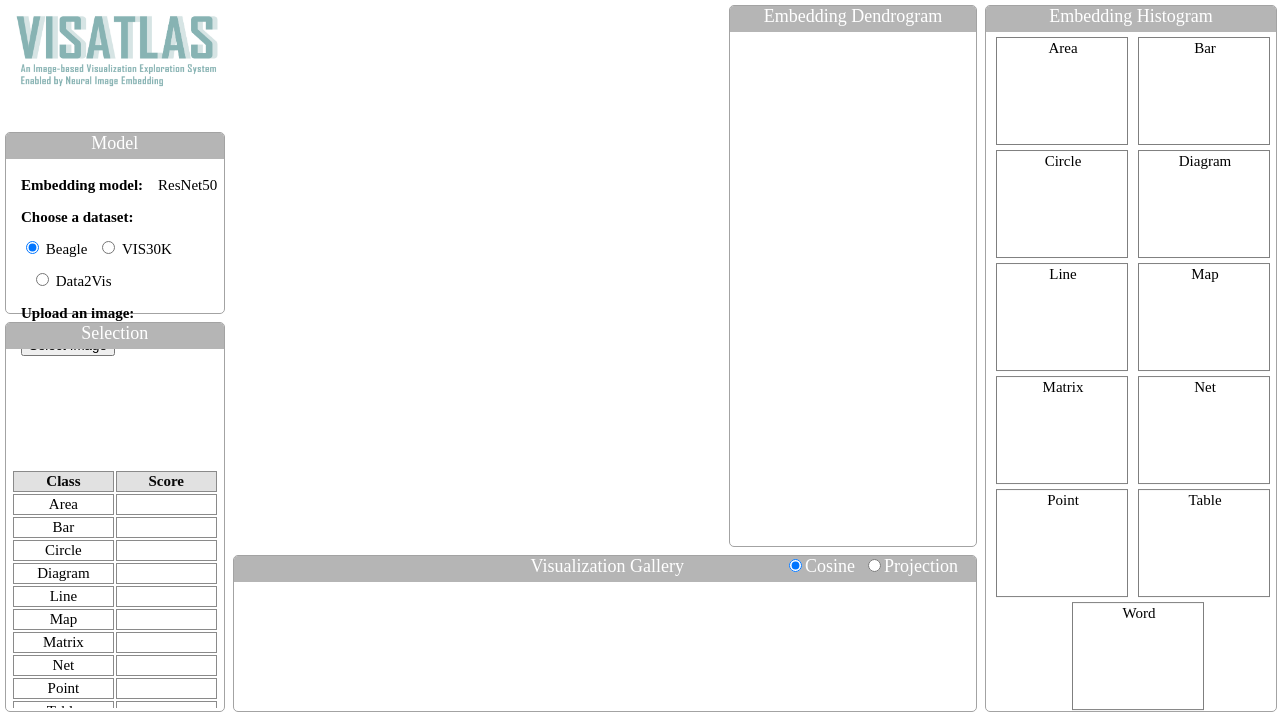
Repository: yilinye/AI_and_human_paintings
Page: / (app in VIS4AI_art/Frontend/)
The author's editor kept a copy of each file at every save. The page is drawn from the files as they stood at one save, then again after the next save.
The browser window is 1280 px wide. The pictures show the whole page.
The page's requests for data from a server got no answer. The project was rebuilt for these pictures with package versions that can differ from the ones it lists, and the page was loaded fresh each time. No one was signed in, and anything a server would have sent is missing. Also part of the build but not shown: VIS4AI_art/Frontend/vite.config.js, VIS4AI_art/Frontend/vue.config.js, VIS4AI_art/Frontend/src/components/WelcomeItem.vue, VIS4AI_art/Frontend/src/components/icons/IconDocumentation.vue, VIS4AI_art/Frontend/src/components/icons/IconTooling.vue, VIS4AI_art/Frontend/src/components/icons/IconEcosystem.vue, VIS4AI_art/Frontend/src/components/icons/IconCommunity.vue, VIS4AI_art/Frontend/src/components/icons/IconSupport.vue and 2 more.

Above is the page before, as saved 2022-04-30 23:17:08.

After the next save:
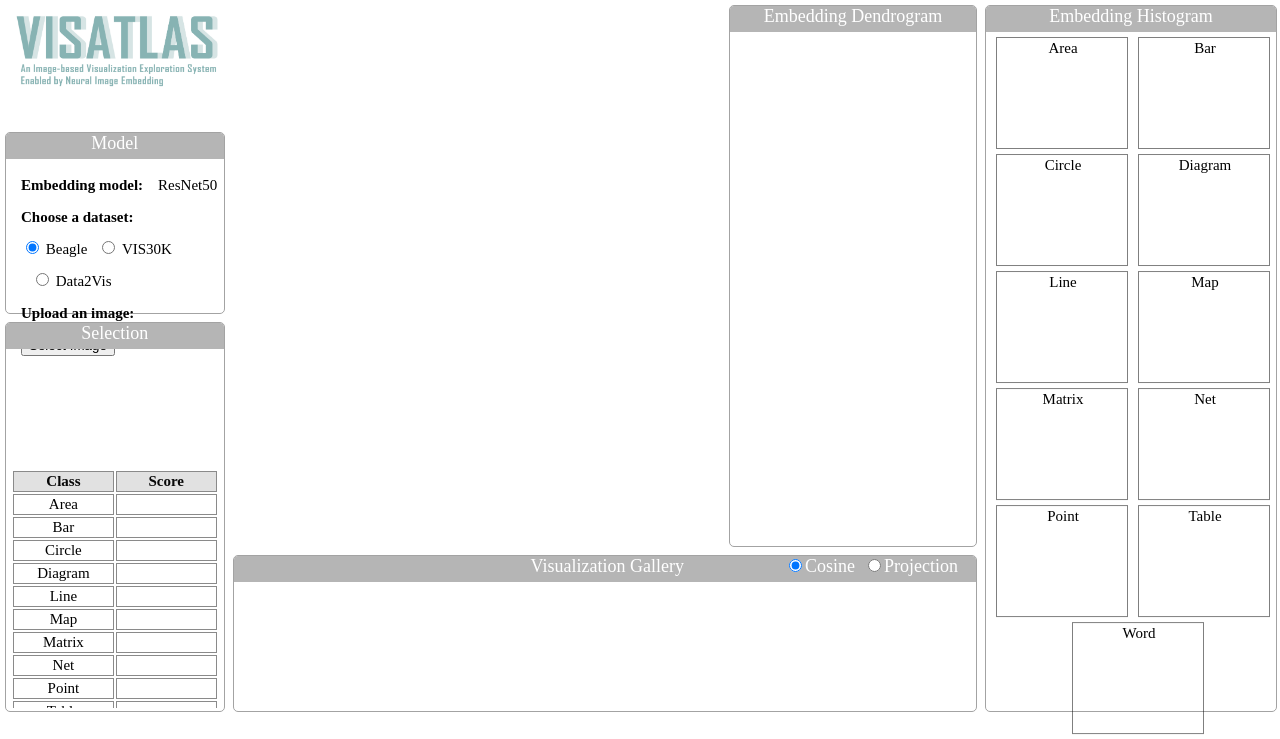
Saved 2 min 28 s later.
--- a/VIS4AI_art/Frontend/src/components/histogramView.vue
+++ b/VIS4AI_art/Frontend/src/components/histogramView.vue
@@ -1,6 +1,6 @@
 <!--
  * @Author: Qing Shi
- * @LastEditTime: 2022-04-30 22:58:17
+ * @LastEditTime: 2022-04-30 23:19:36
  * @Knowledge:
  * @Description:
  * @Attention:
@@ -43,7 +43,7 @@
     return {
       viewName: "Embedding Histogram",
       typeName: ["Area", "Bar", "Circle", "Diagram", "Line", "Map", "Matrix", "Net", "Point", "Table", "Word"],
-      hs: "calc(16.6% - 11px)",
+      hs: "calc(16.6% - 7px)",
       wd: "calc(50% - 15px)",
       selectType: '',
       xAxis: undefined,

After the save that followed:
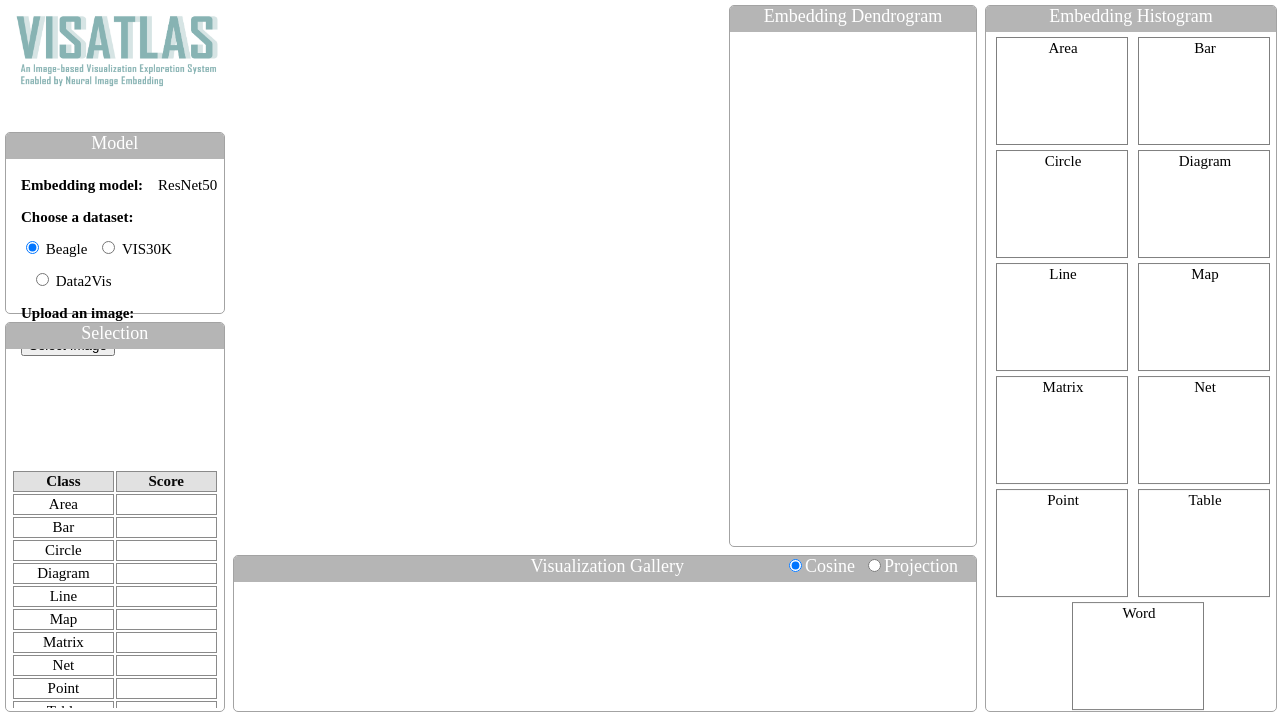
Saved 40 s later.
--- a/VIS4AI_art/Frontend/src/components/histogramView.vue
+++ b/VIS4AI_art/Frontend/src/components/histogramView.vue
@@ -1,6 +1,6 @@
 <!--
  * @Author: Qing Shi
- * @LastEditTime: 2022-04-30 23:19:36
+ * @LastEditTime: 2022-04-30 22:58:17
  * @Knowledge:
  * @Description:
  * @Attention:
@@ -43,7 +43,7 @@
     return {
       viewName: "Embedding Histogram",
       typeName: ["Area", "Bar", "Circle", "Diagram", "Line", "Map", "Matrix", "Net", "Point", "Table", "Word"],
-      hs: "calc(16.6% - 7px)",
+      hs: "calc(16.6% - 11px)",
       wd: "calc(50% - 15px)",
       selectType: '',
       xAxis: undefined,
